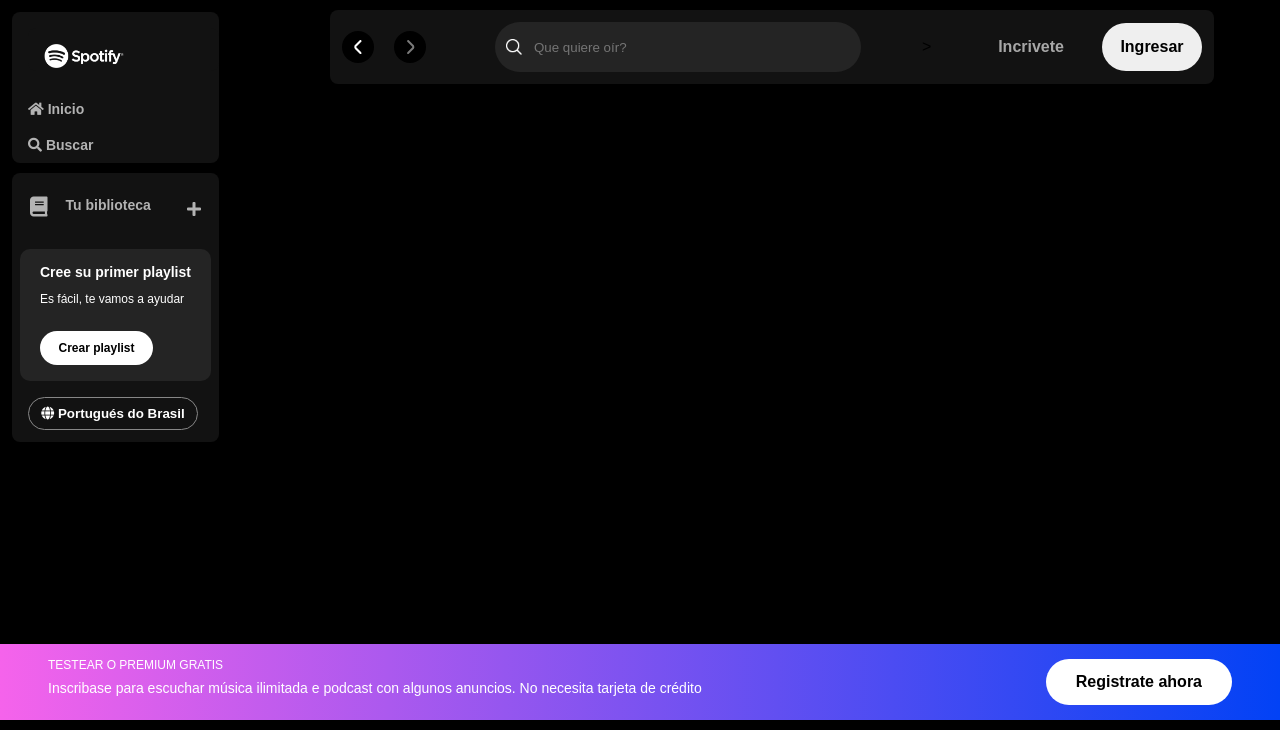
Repository: AnaFzCz/PROYECTO-SPOTIFY
Page: index.html
These files come from the project's save history. The page is drawn as it stood at one moment and after the next save; the edit follows.
The browser window is 1280 px wide. The pictures show the whole page.

Above is the page before, as saved 2025-01-30 15:45:53.

After the next save:
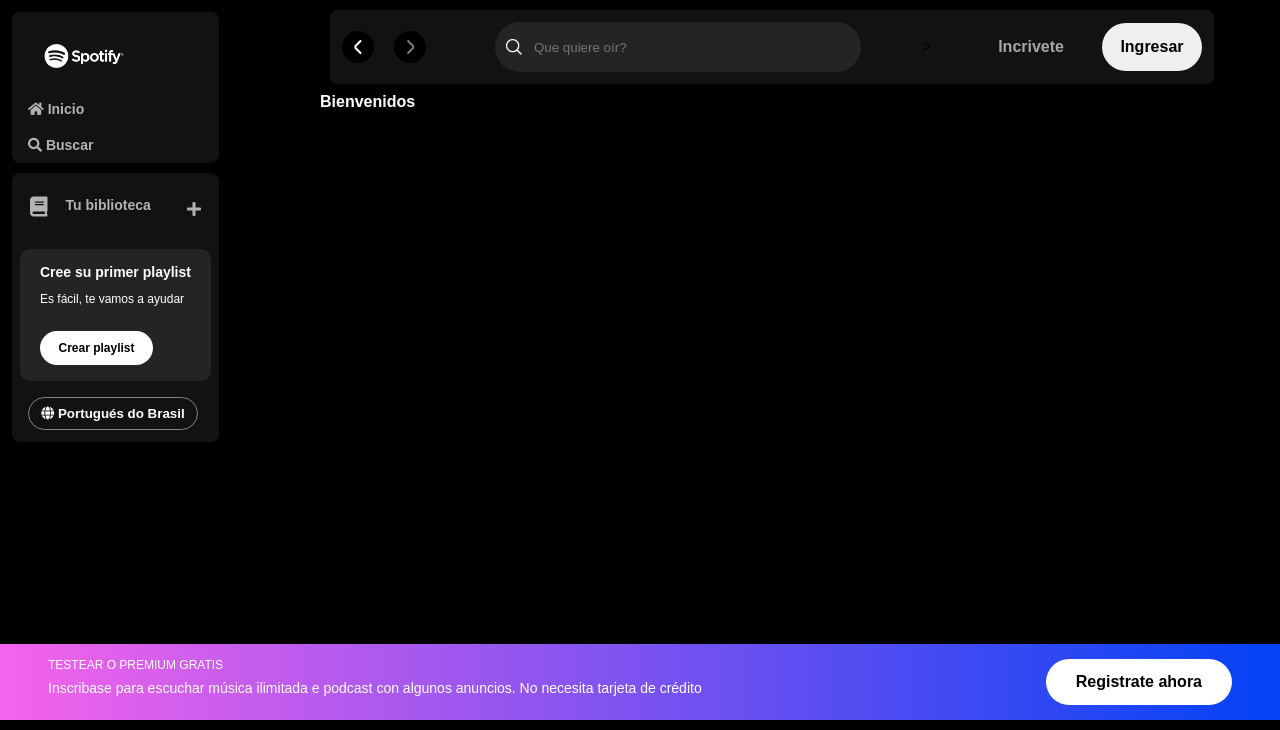
Saved 19 min 49 s later.
--- a/index.html
+++ b/index.html
@@ -97,6 +97,15 @@
                 </div>
 
             </nav>
+            <div class="playlist-container">
+                <div id="result-playlist">
+                    <div class="playlist">
+                        <h1 id="greeting"> Bienvenidos</h1>
+                        <h2 class="greeting-subtitle"> Navegar por todas las secciones</h2>
+                    </div>
+
+                </div>
+            </div>
         </div>
     </main>
 
